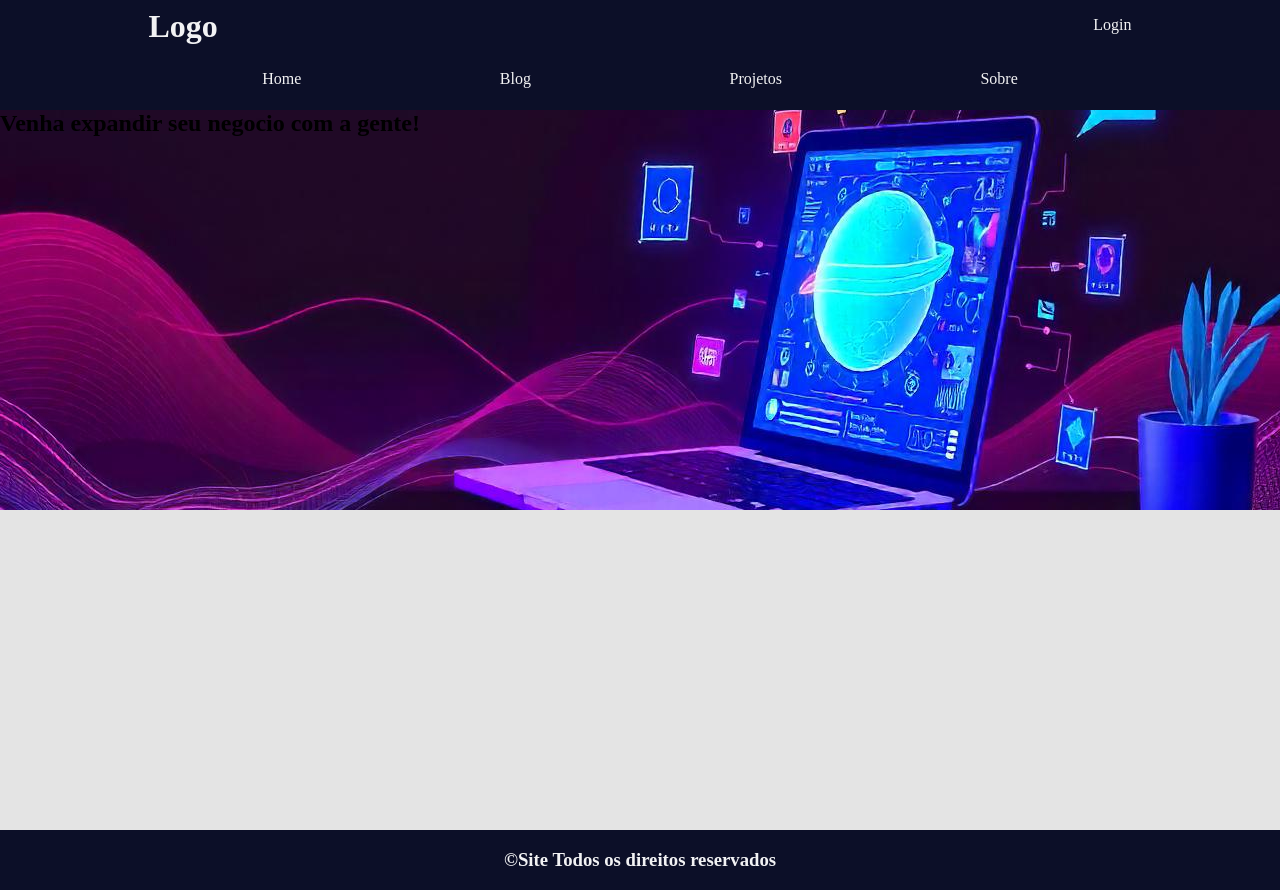
Repository: SauloMorais01/mysitefront-end
Page: index.html
The author's editor kept a copy of each file at every save. The page is drawn from the files as they stood at one save, then again after the next save.
The browser window is 1280 px wide. The pictures show the whole page.

Above is the page before, as saved 2024-11-01 22:00:05.

### index.html
<!DOCTYPE html>
<html lang="pt-br">
<head>
    <meta charset="UTF-8">
    <meta name="viewport" content="width=device-width, initial-scale=1.0">
    <title>Titulo - status</title>
    <link rel="stylesheet" href="./src/css/style.css">
</head>
<body>
    <header class="primary-color hd-color-white">
        <div class="container">
            <div class="top-box flex">
                <div class="logo">
                    <a class="hd-color-white" href="/"><h1>Logo</h1></a>
                </div>
                <div class="login">
                    <a class="hd-color-white" href="/">Login</a>
                </div>
            </div>
        </div>
    </header>

    <section id="menu" class="sticky-top primary-color hd-color-white">
            <div class="container center">
                <a href="/">Home</a>
                <a href="./src/pages/blog.html">Blog</a>
                <a href="/">Projetos</a>
                <a href="/">Sobre</a>
            </div>
    </section>

    <main>
        <section class="info-top">
            <h1>Venha expandir seu negocio com a gente!</h1>
        </section>

    </main>

    <footer class="primary-color center">
        <h3 class="hd-color-white">&copy;<strong>Site</strong> Todos os direitos reservados</h3>
    </footer>


    <script src="./src/js/main.js"></script>
</body>
</html>

### src/css/style.css
/* Primary configs */
:root {
    /* Colors */
    /* Bases */
    --primary-color: 234, 94%, 6%,;
    --secondary-color: 184, 86%, 66%,;
    --body-color: 0, 0%, 89%,;
    --white-color: 0, 0%, 100%,;
    --black-color: 0, 0%, 0%,;
    /* End Bases */

    /* Variations colors */
    --primary-color-normal: hsla(var(--primary-color) 0.95);
    --primary-color-medium: hsla(var(--primary-color) 0.5);
    --primary-color-light: hsla(var(--primary-color) 0.250);

    --secondary-color-normal: hsla(var(--secondary-color) 0.95);
    --secondary-color-medium: hsla(var(--secondary-color) 0.5);
    --secondary-color-light: hsla(var(--secondary-color) 0.250);

    --body-color-normal: hsla(var(--body-color) 0.95);
    --body-color-medium: hsla(var(--body-color) 0.5);
    --body-color-light: hsla(var(--body-color) 0.250);

    --black-color-normal: hsla(var(--black-color) 0.95);
    --black-color-medium: hsla(var(--black-color) 0.5);
    --black-color-light: hsla(var(--black-color) 0.250);

    --white-color-normal: hsla(var(--white-color) 0.95);
    --white-color-medium: hsla(var(--white-color) 0.5);
    --white-color-light: hsla(var(--white-color) 0.250);
    /* End variations colors */
    /* End Colors */

    /* Conf Sizes */
    --container-larger-l: 80%;
    --container-larger-m: 80%;
    --container-larger-s: 80%;
    --container-tablet: 90%;
    --container-small-d: 95%;
    --grid-width: 20%;
    --grid-height: 20%;
    /* End conf Sizes */
}

/* Global */
* {
    box-sizing: border-box;
    margin: 0;
    padding: 0;
}
/* End global */

/* pagina */
body {
    background: var(--body-color-normal);
}

a {
    list-style: none;
    text-decoration: none;
}


main {
    height: 100vh;
}

footer {
    height: 60px;
}

footer h3 {
    padding-top: 1.2rem;
}

/* end pagina */

/* Utils */
.flex {
    display: flex;
}

.sticky-top {
    position: sticky;
    top: 0;
}

.center {
    text-align: center;
}

.right {
    text-align: right;
}

.left {
    text-align: left;
}

.grid-temp {
    width: var(--grid-width); height: var(--grid-height);
    display: grid;
    grid-template-columns: repeat(4, 1fr);
    grid-template-rows: repeat(4, 1fr);
}

.primary-color{
    background: var(--primary-color-normal);
}

.secondary-color{
    background: var(--secondary-color-normal);
}

.hd-color-black {
    color: var(--black-color-normal);
}

.hd-color-white {
    color: var(--white-color-normal);
}

.hidden {
    display: none;
}
/* End utils */



/* Responsividade */
@media (max-width: 575.99px) {
    .container {
        margin: 0 auto;
        width: var(--container-small-d);
    }

    header {
        height: 40px;
    }

    #menu {
        height: 40px;
        display:none;
    }

    #menu a {
        color: var(--white-color-normal);
        margin: 5px 2%;
        padding: 10px 5%;
    }

    .login {
        display: none;
    }

    #menu a:hover {
        background-color: var(--secondary-color-light);
        border-radius: 5px;
    }

    .top-box {
        position: relative;
        padding-top: 2px;
    }

    .logo {
        position: absolute;
        left: 1%;
        font-size: 0.8rem;
    }

    .login {
        position: absolute;
        margin-top: 2px;
        right: 1%;
    }

    /* Main */
    .info-top{
        /* background: #4f0c6e; */
        height: 400px;
        background-image: url(../img/freepik__generate-images-about-web-development__7459.jpeg);
        background-position: center;
        backface-visibility: inherit;
        /* background-repeat: no-repeat; */
    }
}

@media (min-width: 576px) {
    .container {
        margin: 0 auto;
        width: var(--container-small-d);
    }

    header {
        height: 40px;
    }

    #menu {
        height: 40px;
        display:none;
    }

    #menu a {
        color: var(--white-color-normal);
        margin: 5px 2%;
        padding: 10px 5%;
    }

    .login {
        display: none;
    }

    #menu a:hover {
        background-color: var(--secondary-color-light);
        border-radius: 5px;
    }

    .top-box {
        position: relative;
        padding-top: 3px;
    }

    .logo {
        position: absolute;
        left: 1%;
        font-size: 0.8rem;
    }

    .login {
        position: absolute;
        margin-top: 3px;
        right: 1%;
    }

    /* Main */
    .info-top{
        /* background: #4f0c6e; */
        height: 400px;
        background-image: url(../img/freepik__generate-images-about-web-development__7459.jpeg);
        background-position: center;
        backface-visibility: inherit;
        /* background-repeat: no-repeat; */
    }
}

/* Medium devices (tablets, 768px and up) */
@media (min-width: 768px) {
    .container {
        margin: 0 auto;
        width: var(--container-tablet);
    }

    header {
        height: 50px;
    }

    #menu {
        height: 40px;
        display:none;
    }

    #menu a {
        color: var(--white-color-normal);
        margin: 5px 3%;
        padding: 10px 5%;
    }

    #menu a:hover {
        background-color: var(--secondary-color-light);
        border-radius: 5px;
    }

    .login {
        display: block;
    }

    .top-box {
        position: relative;
        padding-top: 6px;
    }

    .logo {
        position: absolute;
        left: 2%;
        font-size: 1rem;
    }

    .login {
        position: absolute;
        margin-top: 6px;
        right: 2%;
    }

    /* Main */
    .info-top{
        /* background: #4f0c6e; */
        height: 400px;
        background-image: url(../img/freepik__generate-images-about-web-development__7459.jpeg);
        background-position: center;
        backface-visibility: inherit;
        /* background-repeat: no-repeat; */
    }
}

/* Large devices (desktops, 992px and up) */
@media (min-width: 992px) {
    .container {
        margin: 0 auto;
        width: var(--container-larger-s);
    }

    header {
        height: 60px;
    }

    #menu {
        height: 40px;
        display: block;
    }

    #menu a {
        color: var(--white-color-normal);
        margin: 5px 4%;
        padding: 10px 5%;
    }

    #menu a:hover {
        background-color: var(--secondary-color-light);
        border-radius: 5px;
    }

    .top-box {
        position: relative;
        padding-top: 8px;
    }

    .logo {
        position: absolute;
        left: 2%;
    }

    .login {
        position: absolute;
        margin-top: 8px;
        right: 2%;
    }

    /* Main */
    .info-top{
        /* background: #4f0c6e; */
        height: 400px;
        background-image: url(../img/freepik__generate-images-about-web-development__7459.jpeg);
        background-position: center;
        backface-visibility: inherit;
        /* background-repeat: no-repeat; */
    }
}

/* X-Large devices (large desktops, 1200px and up) */
@media (min-width: 1200px) {
    .container {
        margin: 0 auto;
        width: var(--container-larger-m);
    }

    header {
        height: 70px;
    }

    #menu {
        height: 40px;
        display: block;
    }

    #menu a {
        color: var(--white-color-normal);
        margin: 5px 4.5%;
        padding: 10px 5%;
    }

    #menu a:hover {
        background-color: var(--secondary-color-light);
        border-radius: 5px;
    }

    .top-box {
        position: relative;
        padding-top: 8px;
    }

    .logo {
        position: absolute;
        left: 2%;
    }

    .login {
        position: absolute;
        margin-top: 8px;
        right: 2%;
    }

    /* Main */
    .info-top{
        /* background: #4f0c6e; */
        height: 400px;
        background-image: url(../img/freepik__generate-images-about-web-development__7459.jpeg);
        background-position: center;
        backface-visibility: inherit;
        /* background-repeat: no-repeat; */
    }
}

/* XX-Large devices (larger desktops, 1400px and up) */
@media (min-width: 1400px) {
    .container {
        margin: 0 auto;
        width: var(--container-larger-l);
    }

    header {
        height: 75px;
    }

    #menu {
        height: 40px;
        display: block;
    }

    #menu a {
        color: var(--white-color-normal);
        margin: 5px 5%;
        padding: 10px 5%;
    }

    #menu a:hover {
        background-color: var(--secondary-color-light);
        border-radius: 5px;
    }

    .top-box {
        position: relative;
        padding-top: 10px;
    }

    .logo {
        position: absolute;
        left: 2%;
    }

    .login {
        position: absolute;
        margin-top: 10px;
        right: 2%;
    }

    /* Main */
    .info-top{
        /* background: #4f0c6e; */
        height: 400px;
        background-image: url(../img/freepik__generate-images-about-web-development__7459.jpeg);
        background-position: center;
        background-size: 100% 400px;
        /* background-repeat: no-repeat; */
    }
}
/* End responsividade */

Loaded but not shown: src/js/main.js (no copy from this time; the picture is the same without it)

After the next save:
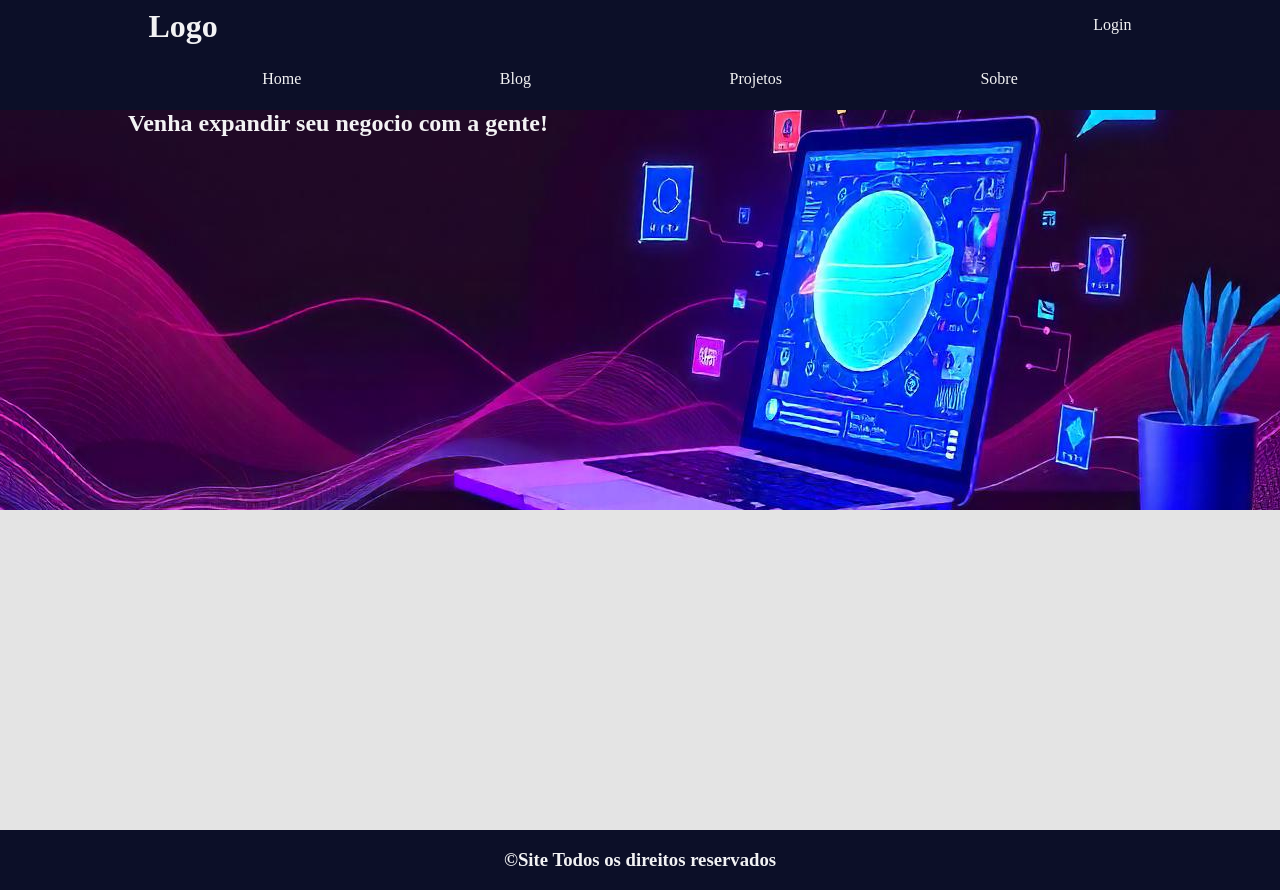
Saved 25 s later.
--- a/index.html
+++ b/index.html
@@ -31,7 +31,9 @@
 
     <main>
         <section class="info-top">
-            <h1>Venha expandir seu negocio com a gente!</h1>
+            <div class="container hd-color-white">
+                <h1>Venha expandir seu negocio com a gente!</h1>
+            </div>
         </section>
 
     </main>
